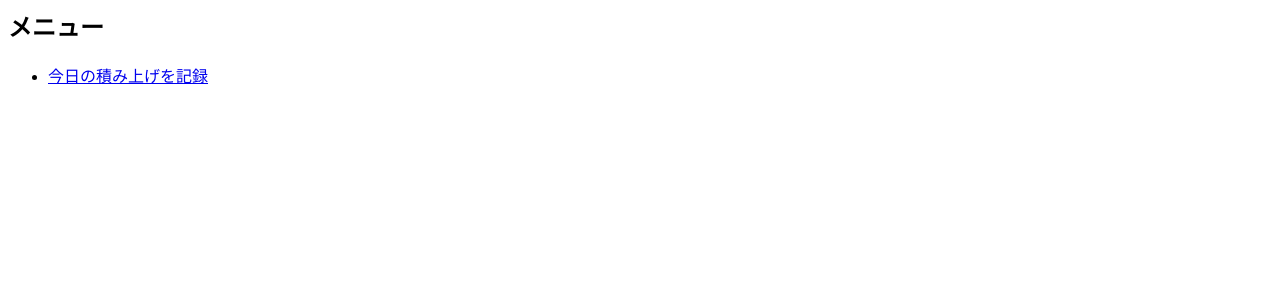
Repository: Hiroshii-m/tumiage
Page: http://localhost/fuel/app/views/template/sidebar.php
The author's editor kept a copy of each file at every save. The page is drawn from the files as they stood at one save, then again after the next save.
The browser window is 1280 px wide. The pictures show the whole page.
The page is run by PHP 8.4 with error messages shown; the project is at /var/www/html/.

Above is the page before, as saved 2021-06-02 21:48:32.

After the next save:
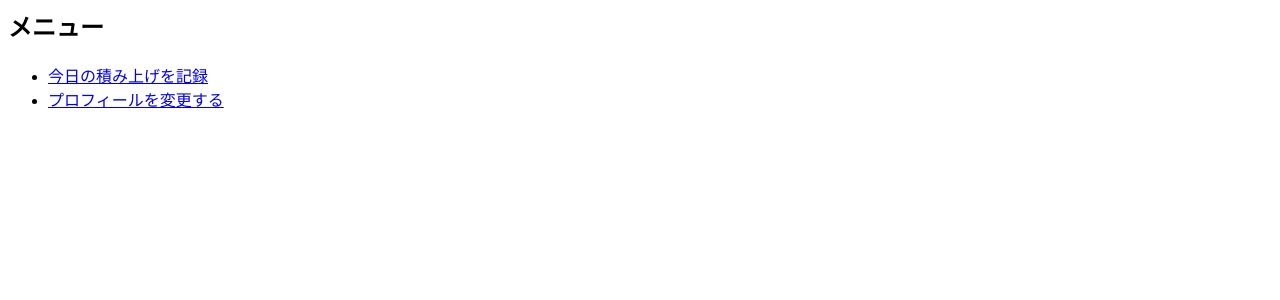
Saved 119 s later.
--- a/fuel/app/views/template/sidebar.php
+++ b/fuel/app/views/template/sidebar.php
@@ -5,6 +5,9 @@
             <li class="c-sidebar__list">
                 <a href="registstack.php" class="c-sidebar__text">今日の積み上げを記録</a>
             </li>
+            <li class="c-sidebar__list">
+                <a href="edituser.php" class="c-sidebar__text">プロフィールを変更する</a>
+            </li>
         </ul>
     </aside>
 </section><!-- /サイドバー -->
